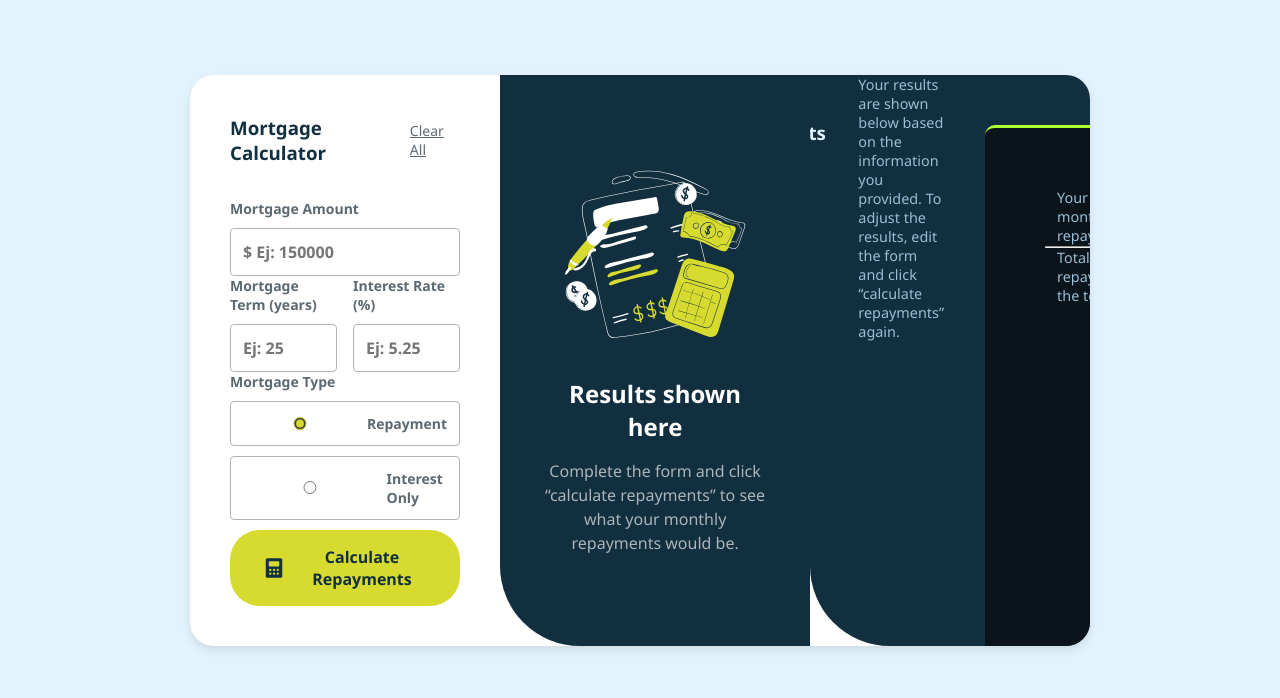
Repository: GravielPV/Mortgage-repayment-calculator
Page: index.html
The author's editor kept a copy of each file at every save. The page is drawn from the files as they stood at one save, then again after the next save.
The browser window is 1280 px wide. The pictures show the whole page.

Above is the page before, as saved 2025-12-14 15:34:19.

### index.html
<!DOCTYPE html>
<html lang="en">
<head>
  <meta charset="UTF-8">
  <meta name="viewport" content="width=device-width, initial-scale=1.0"> <!-- displays site properly based on user's device -->

  <link rel="icon" type="image/png" sizes="32x32" href="./assets/images/favicon-32x32.png">
  <link rel="stylesheet" href="styles.css">
  <title>Frontend Mentor | Mortgage repayment calculator</title>


</head>
<body>
  <div class="carta">



  <div class="lado-izquierdo">

    <div class="header-form">
      <h3>Mortgage Calculator</h3>
      <a href="#" id="clear-all">Clear All</a>
    </div>

    <form id="mortgage-form">

      <!-- Mortgage Amount -->
      <div class="campo">
        <label for="input-mortgage">Mortgage Amount</label>

        <input
          type="number"
          id="input-mortgage"
          name="mortgage"
          placeholder="$ Ej: 150000">
      </div>

      <!-- Mortgage Term & Interest Rate -->
      <div class="grupo-doble">
        <div class="campo1">
          <label for="input-term">Mortgage Term (years)</label>
          <input
            type="number"
            id="input-term"
            name="term"
            placeholder="Ej: 25">
        </div>

        <div class="campo1">
          <label for="input-interest">Interest Rate (%)</label>
          <input
            type="number"
            step="0.01"
            id="input-interest"
            name="interest"
            placeholder="Ej: 5.25">
        </div>
      </div>

      <!-- Mortgage Type -->
      <div class="campo">
        <label>Mortgage Type</label>

        <div class="radios">
          <label class="radio arriba">
            <input type="radio" name="mortgage-type" value="repayment" checked id="repayment">
            Repayment
          </label>

          <label class="radio abajo">
            <input type="radio" name="mortgage-type" value="interest-only" id="interest-only">
            Interest Only
          </label>
        </div>
      </div>

      <!-- Botón -->
      <div class="boton">

        <button type="button" onclick="calcular()"> <img src="assets/images/icon-calculator.svg" alt="calculadora icon">Calculate Repayments</button>
      </div>



    </form>

  </div>




  <!-- Empty results start -->

  <div class="derecho">

    <img src="assets/images/illustration-empty.svg" alt="mostrar">

  <h3>Results shown here</h3>

  <p>Complete the form and click “calculate repayments” to see what
  your monthly repayments would be.</p>
  </div>

  <!-- Empty results end -->

  <!-- Completed results start -->

  <div class="resultado">
    <h3>Your results</h3>
    <p>Your results are shown below based on the information you provided.
    To adjust the results, edit the form and click “calculate repayments” again.</p>

    <div class="caja-resultados">
      <p>Your monthly repayments</p>
      <h1 id="monthly-repayment"></h1>

      <hr>

      <p>Total you'll repay over the term</p>
      <h3 id="total-repayment"></h3>
    </div>
  </div>

</div>

<!-- Completed results end -->

<script src="app.js"></script>
</body>
</html>

### styles.css
* {
    box-sizing: border-box;
    margin: 0;
    padding: 0;
    font-family: 'Segoe UI', Tahoma, Geneva, Verdana, sans-serif;
}

body {
    background-color: hsl(202, 86%, 94%);
    display: flex;
    justify-content: center;
    align-items: center;
    min-height: 100vh;
}

.carta {
    width: 100%;
    max-width: 900px;
    background-color: white;
    display: flex;
    border-radius: 24px;
    overflow: hidden;
    box-shadow: 0 4px 8px 0 rgba(0, 0, 0, 0.1);
    margin: 20px;
}

/* ---- Lado Izquierdo ---- */
.lado-izquierdo {
    width: 50%;
    padding: 40px;
    display: flex;
    flex-direction: column;
    gap: 24px;
}

.header-form {
    display: flex;
    justify-content: space-between;
    align-items: center;
    margin-bottom: 10px;
}

.header-form h3 {
    color: hsl(202, 55%, 16%);
}

.header-form a {
    color: hsl(200, 10%, 40%);
    text-decoration: underline;
    font-size: 14px;
    cursor: pointer;
}

.header-form a:hover {
    color: hsl(202, 55%, 16%);
}

/* Inputs */
.campo {
    display: flex;
    flex-direction: column;
    gap: 10px;
}

.campo label, .campo1 label {
    color: hsl(200, 10%, 40%);
    font-size: 14px;
    font-weight: bold;
}

.campo input, .campo1 input {
    padding: 12px;
    border: 1px solid hsl(200, 10%, 70%);
    border-radius: 4px;
    font-size: 16px;
    font-weight: bold;
    cursor: pointer;
    width: 100%;
}

.campo input:focus, .campo1 input:focus {
    outline: none;
    border-color: hsl(61, 70%, 52%);
}

.grupo-doble {
    display: flex;
    gap: 16px;
}

.campo1 {
    display: flex;
    flex-direction: column;
    gap: 10px;
    width: 50%;
}

/* Radio buttons */
.radios {
    display: flex;
    flex-direction: column;
    gap: 10px;
}

.radio {
    display: flex;
    align-items: center;
    border: 1px solid hsl(200, 10%, 70%);
    padding: 12px;
    border-radius: 4px;
    cursor: pointer;
    gap: 10px;
    font-weight: bold;
    color: hsl(202, 55%, 16%);
}

.radio:hover {
    border-color: hsl(61, 70%, 52%);
}

.radio input {
    margin: 0;
    accent-color: hsl(61, 70%, 52%);
}

/* Boton */
.boton {
    margin-top: 10px;
}

button {
    display: flex;
    align-items: center;
    justify-content: center;
    gap: 10px;
    padding: 16px 32px;
    background-color: hsl(61, 70%, 52%);
    border: none;
    color: hsl(202, 55%, 16%);
    border-radius: 30px;
    cursor: pointer;
    font-weight: bold;
    font-size: 16px;
    width: 100%;
    transition: background-color 0.3s;
}

button:hover {
    background-color: hsl(61, 70%, 70%);
}

/* ---- Lado Derecho ---- */
.derecho {
    width: 50%;
    background-color: hsl(202, 55%, 16%);
    color: white;
    padding: 40px;
    display: flex;
    flex-direction: column;
    justify-content: center;
    align-items: center;
    text-align: center;
    border-bottom-left-radius: 80px;
}

.derecho img {
    margin-bottom: 20px;
}

.derecho h3 {
    margin-bottom: 16px;
    font-size: 24px;
}

.derecho p {
    color: hsl(200, 10%, 70%);
    line-height: 1.5;
}

.resultado {
    display: none;
}


.resultado{
     width: 50%;
    background-color: hsl(202, 55%, 16%);
    display: flex;
    justify-content: center;
    border-bottom-left-radius: 80px;
    overflow: hidden;


}

.resultado .caja-resultados {

    background-color: hsl(201, 46%, 7%);
    color: hsl(61, 70%, 52%);
    width: 80%;
    position: relative;
    left: 40px;
    top: 50px;
    padding: 60px;
    border-radius: 10px;
    border-top: 3px solid greenyellow;



}

.resultado  p{
    color: hsl(203, 41%, 72%);
    text-align: start;
    font-size: 0.90em;
    padding: 0.5px;
    margin-left: 12px;
    width: 90%;
}

.resultado h3{

    color: hsl(202, 86%, 94%);
    padding: 20px;

}



/* Responsive */
@media (max-width: 768px) {
    body {
        align-items: flex-start;
        background-color: white;
    }

    .carta {
        flex-direction: column;
        border-radius: 0;
        margin: 0;
        box-shadow: none;
        max-width: 100%;
    }

    .lado-izquierdo, .derecho {
        width: 100%;
        padding: 24px;
    }

    .derecho {
        border-radius: 0;
        min-height: 400px;
    }

    .grupo-doble {
        flex-direction: column;
    }

    .campo1 {
        width: 100%;
    }
}

### app.js
// INPUTS
const montoInput = document.getElementById("input-mortgage");
const yearsInput = document.getElementById("input-term");
const interesInput = document.getElementById("input-interest");

// RADIOS
const repaymentRadio = document.getElementById("repayment");
const interestOnlyRadio = document.getElementById("interest-only");

// RESULTADOS
const resultadoBox = document.querySelector(".resultado");
const derechoBox = document.querySelector(".derecho");

const monthlyText = document.getElementById("monthly-repayment");
const totalText = document.getElementById("total-repayment");

// CLEAR ALL
const clearAllBtn = document.getElementById("clear-all");

// FORMATO MONEDA
function formatoMoneda(valor) {
  return new Intl.NumberFormat("en-US", {
    style: "currency",
    currency: "USD",
    minimumFractionDigits: 2,
  }).format(valor);
}

// CALCULAR
function calcular() {
  const monto = Number(montoInput.value);
  const years = Number(yearsInput.value);
  const interes = Number(interesInput.value) / 100;

  if (!monto || !years || !interes) {
    alert("Please complete all fields");
    return;
  }

  const r = interes / 12;
  const n = years * 12;

  let pagoMensual = 0;
  let pagoTotal = 0;

  // REPAYMENT
  if (repaymentRadio.checked) {
    pagoMensual =
      (monto * r * Math.pow(1 + r, n)) /
      (Math.pow(1 + r, n) - 1);

    pagoTotal = pagoMensual * n;
  }

  // INTEREST ONLY
  if (interestOnlyRadio.checked) {
    pagoMensual = monto * r;
    pagoTotal = pagoMensual * n;
  }

  // MOSTRAR RESULTADOS
  monthlyText.textContent = formatoMoneda(pagoMensual);
  totalText.textContent = formatoMoneda(pagoTotal);

  derechoBox.style.display = "none";
  resultadoBox.style.display = "block";
}

// CLEAR ALL
clearAllBtn.addEventListener("click", (e) => {
  e.preventDefault();

  montoInput.value = "";
  yearsInput.value = "";
  interesInput.value = "";

  repaymentRadio.checked = true;
  interestOnlyRadio.checked = false;

  resultadoBox.style.display = "none";
  derechoBox.style.display = "block";
});

After the next save:
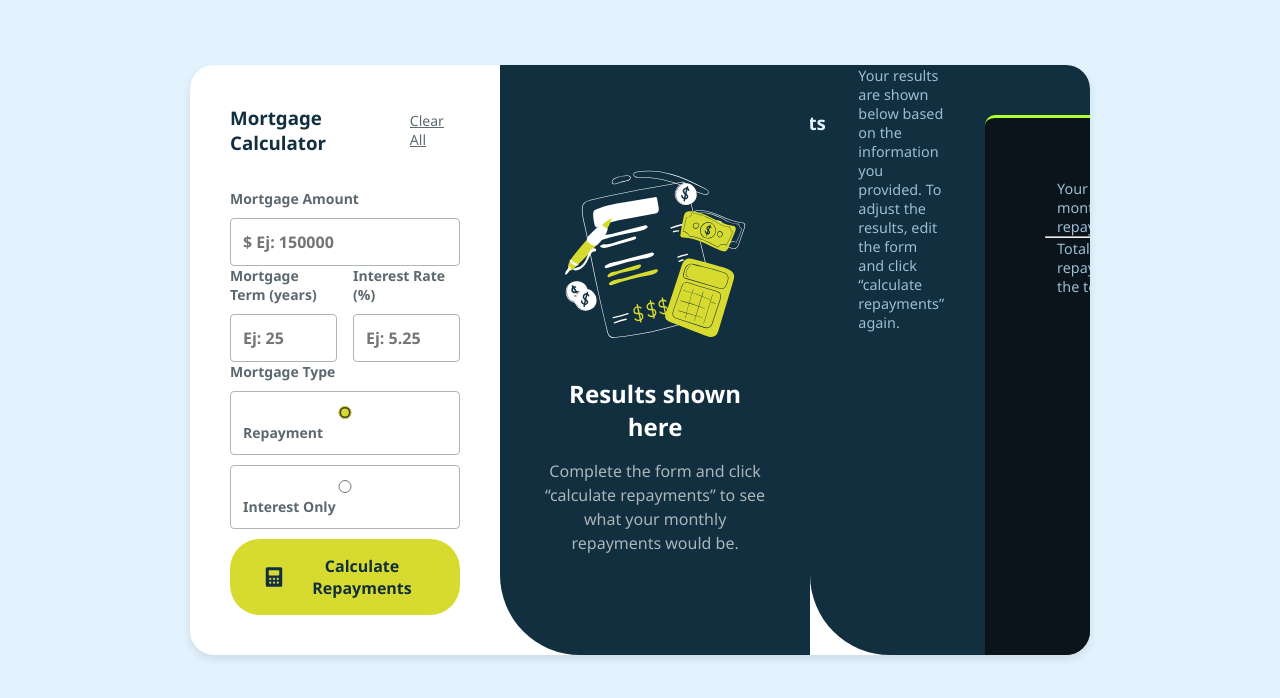
Saved 67 s later.
--- a/styles.css
+++ b/styles.css
@@ -103,7 +103,7 @@
 }
 
 .radio {
-    display: flex;
+
     align-items: center;
     border: 1px solid hsl(200, 10%, 70%);
     padding: 12px;

After the save that followed:
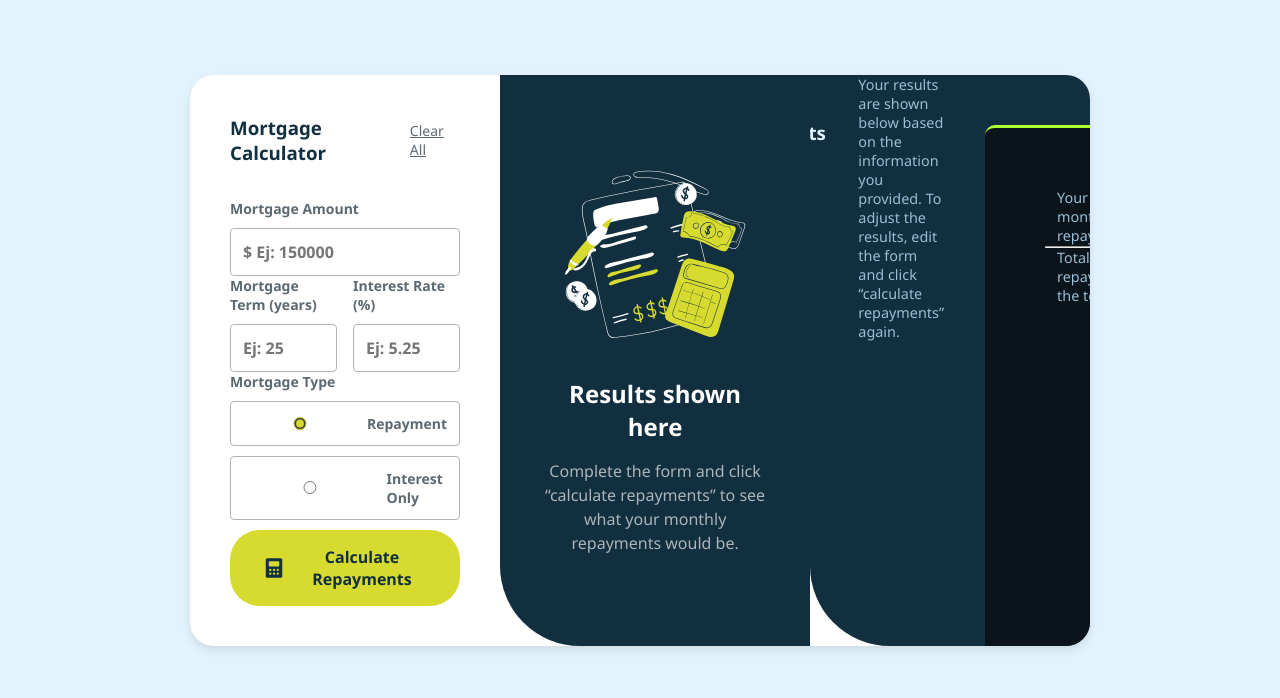
Saved 5 s later.
--- a/styles.css
+++ b/styles.css
@@ -103,7 +103,7 @@
 }
 
 .radio {
-
+    display: flex;
     align-items: center;
     border: 1px solid hsl(200, 10%, 70%);
     padding: 12px;
